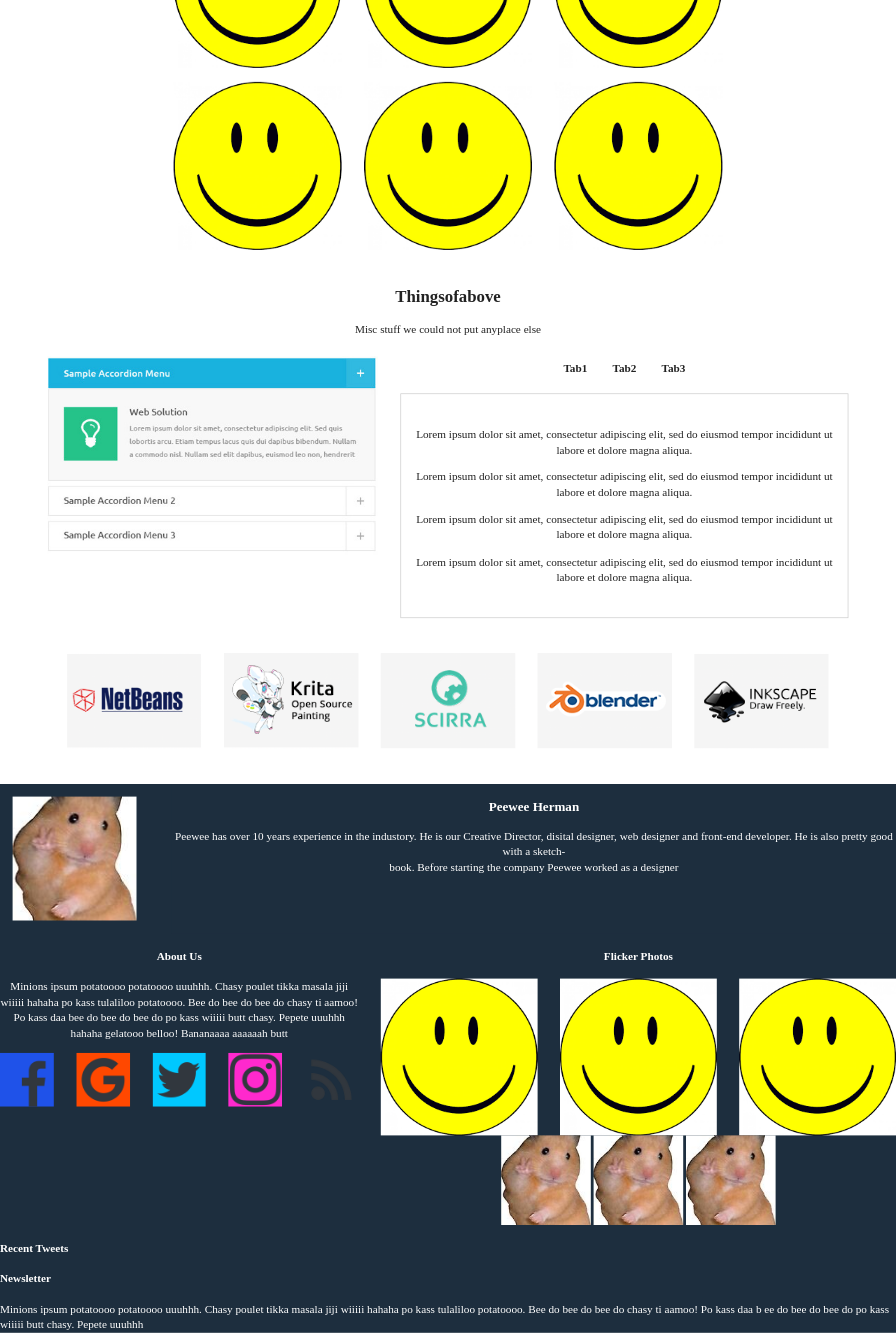
Repository: KanaKimishima/project1-responsive
Page: index.html
These files come from the project's save history. The page is drawn as it stood at one moment and after the next save; the edit follows.
The browser window is 1280 px wide. The pictures show the part of the page from y = 1850 to 3770 px (the page is 3770 px tall), at 70% of full size.

Above is the page before, as saved 2023-02-06 22:40:39.

After the next save:
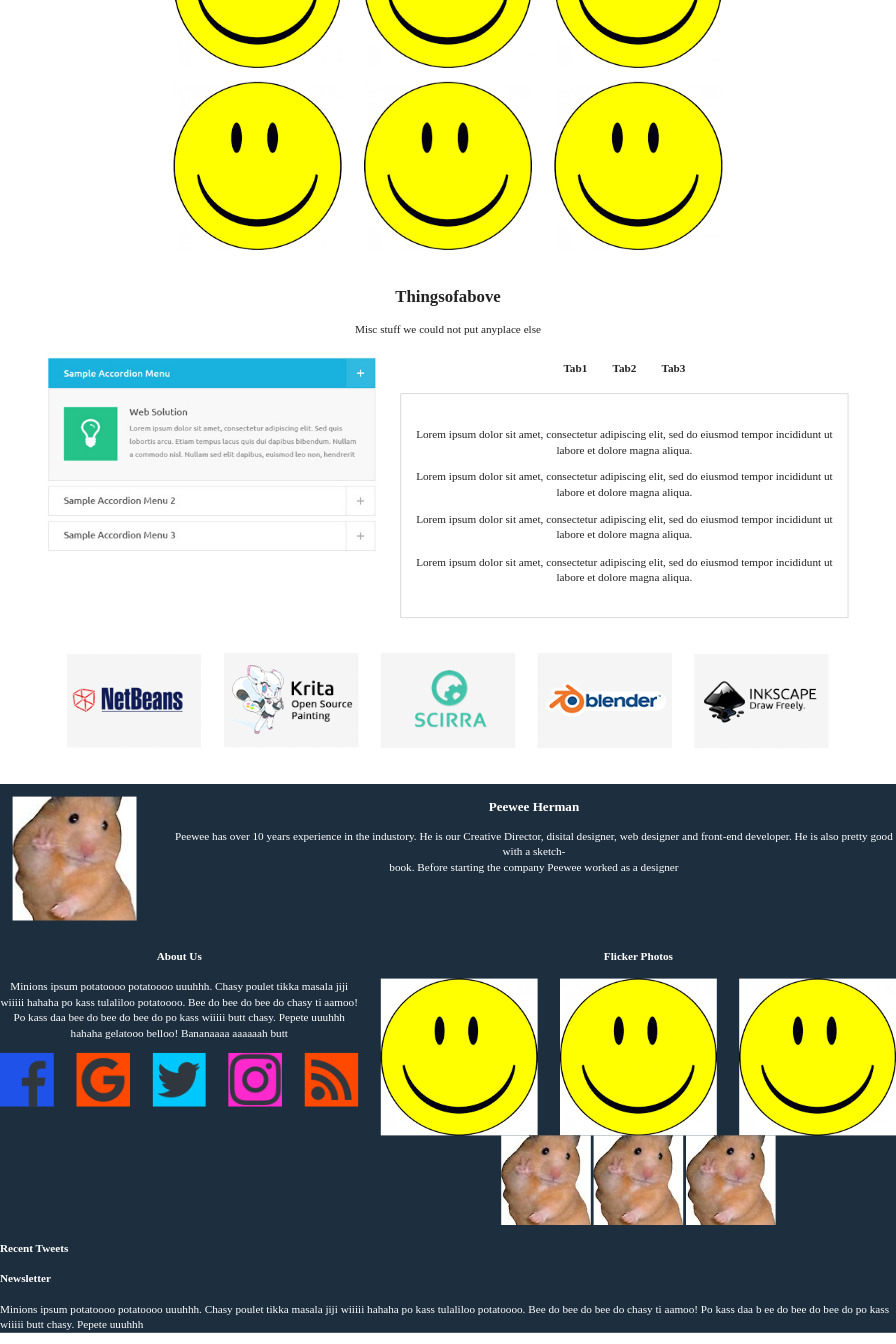
Saved 14 s later.
--- a/css/main.css
+++ b/css/main.css
@@ -204,7 +204,7 @@
 .instagram {
   background-color: #ff29cd;
 }
-.google {
+.rss {
   background-color: #ff4800;
 }
 
